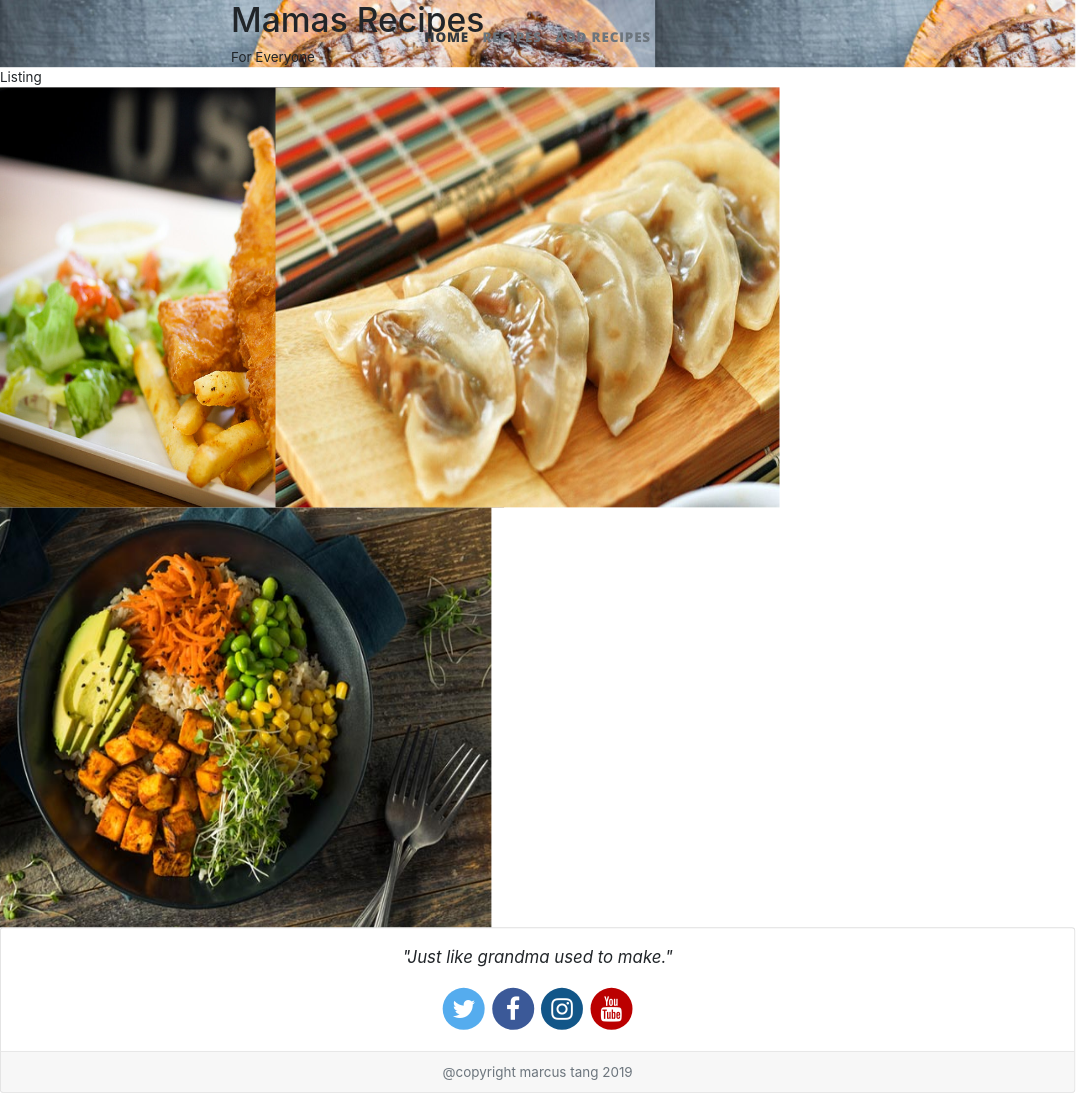
Repository: marstangg/mamasrecipes
Page: templates/index.html
The author's editor kept a record of every edit. The page is drawn from the files as they stood at one moment, then again after the next edit.
The browser window is 1280 px wide. The page is 1295 px wide, so the pictures cover 1295 px, including what lies to the right of the window. The pictures show the whole page, at 84% of full size.
Some web libraries are served in a nearby version. The template is drawn by Flask 3. The application's start-up code is not run. Other server files are loaded and not shown. The template is opened directly, without the code that normally fills it, so the values that code supplies are empty.

Above is the page before.

### templates/index.html
{% extends 'base.html' %}

{% block content %}
  <!--Page Header -->
  <header class="masthead" style="background-image: url('static/img/mamasrecipe.jpg')">
    <div class="overlay"></div>
    <div class="container">
      <div class="row">
        <div class="col-lg-8 col-md-10 mx-auto">
          <div class="site-heading">
            <h1>Mamas Recipes</h1>
            <span class="subheading">For Everyone</span>
          </div>
        </div>
      </div>
    </div>
  </header>
  Listing
  <div class="row">
    <div class="col-3">
      <img src="static/img/western.jpg" alt="western" width="600" height="500">
    </div>
    <div class="col-3">
      <img src="static/img/gyoza.jpg" alt="asian" width="600" height="500">
    </div>
    <div class="col-3">

    </div>
    <div class="col-3">

    </div>

    <img src="static/img/vege.jpg" alt="veg"width="600" height="500">
  </div>
{% endblock %}

### templates/base.html
<!doctype html>
<html lang="en">

<head>
  <!-- Required meta tags -->
  <meta charset="utf-8">
  <meta name="viewport" content="width=device-width, initial-scale=1, shrink-to-fit=no">

  <!-- Custom fonts for this template -->
  <link rel="stylesheet" href="https://cdnjs.cloudflare.com/ajax/libs/font-awesome/4.7.0/css/font-awesome.min.css">
  <link href='https://fonts.googleapis.com/css?family=Lora:400,700,400italic,700italic' rel='stylesheet' type='text/css'>
  <link href='https://fonts.googleapis.com/css?family=Open+Sans:300italic,400italic,600italic,700italic,800italic,400,300,600,700,800' rel='stylesheet' type='text/css'>

  <!-- Bootstrap CSS -->
  <link rel="stylesheet" href="https://maxcdn.bootstrapcdn.com/bootstrap/4.0.0/css/bootstrap.min.css" integrity="sha384-Gn5384xqQ1aoWXA+058RXPxPg6fy4IWvTNh0E263XmFcJlSAwiGgFAW/dAiS6JXm" crossorigin="anonymous">

  <!-- Custom styles for this template -->
  <link href="/static/css/style.css" rel="stylesheet">

  <title>Mama's Recipe | A portal for everyone to share their mama's recipes</title>
</head>

<body>
  <!-- Navigation -->
  <nav class="navbar navbar-expand-lg navbar-light fixed-top {% block navbg %} bg-transparent {% endblock %}" id="mainNav">
    <div class="container">

      <button class="navbar-toggler navbar-toggler-right text-white" type="button" data-toggle="collapse" data-target="#navbarResponsive" aria-controls="navbarResponsive" aria-expanded="false" aria-label="Toggle navigation">
        Menu
      </button> {% block navbrand %} {% endblock %}
      <div class="collapse navbar-collapse" id="navbarResponsive">
        <ul class="navbar-nav mx-auto mt-4">
          <a class="nav-item mx-2 {% block navhome %} text-dark {% endblock %}" href="{{url_for('index')}}"> Home </a>
          <a class="nav-item mx-2 {% block navrecipes %} text-secondary {% endblock %}" href="{{url_for('recipes')}}"> Recipes</a>
          <a class="nav-item mx-2 {% block navadd %} text-secondary {% endblock %}" href="{{url_for('recipe_add')}}"> Add Recipes</a>
        </ul>
      </div>
    </div>
  </nav>

  {% block content %} {% endblock %}

  <footer>
    <div class="card text-center">
      <div class="card-body">
        <!--<h5 class="card-title">""</h5>-->
        <blockquote class="blockquote">
          <p class="mb-0 font-italic">"Just like grandma used to make."</p>
        </blockquote>

        <div>
          <a href="#" class="fa fa-twitter"></a>
          <a href="#" class="fa fa-facebook"></a>
          <a href="#" class="fa fa-instagram"></a>
          <a href="#" class="fa fa-youtube"></a>
    </div>

      </div>
      <div class="card-footer text-muted">
        @copyright marcus tang 2019
      </div>
    </div>
  </footer>
  <!-- Optional JavaScript -->
  <!-- jQuery first, then Popper.js, then Bootstrap JS -->
  <script src="https://code.jquery.com/jquery-3.2.1.slim.min.js" integrity="sha384-KJ3o2DKtIkvYIK3UENzmM7KCkRr/rE9/Qpg6aAZGJwFDMVNA/GpGFF93hXpG5KkN" crossorigin="anonymous"></script>
  <script src="https://cdnjs.cloudflare.com/ajax/libs/popper.js/1.12.9/umd/popper.min.js" integrity="sha384-ApNbgh9B+Y1QKtv3Rn7W3mgPxhU9K/ScQsAP7hUibX39j7fakFPskvXusvfa0b4Q" crossorigin="anonymous"></script>
  <script src="https://maxcdn.bootstrapcdn.com/bootstrap/4.0.0/js/bootstrap.min.js" integrity="sha384-JZR6Spejh4U02d8jOt6vLEHfe/JQGiRRSQQxSfFWpi1MquVdAyjUar5+76PVCmYl" crossorigin="anonymous"></script>
</body>

</html>

Loaded but not shown: static/css/style.css (common file)

After the next edit:
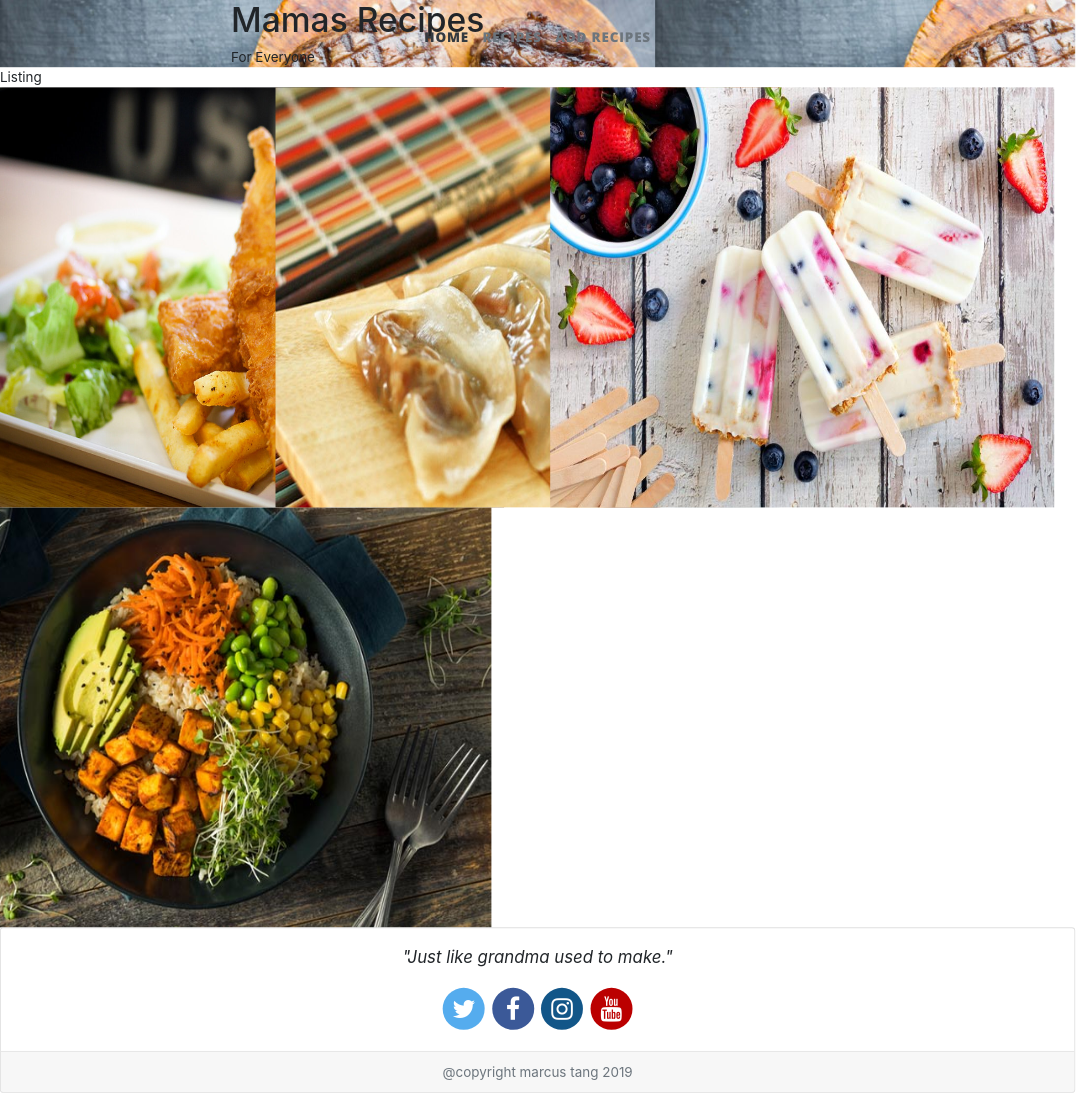
The edit:
--- a/templates/index.html
+++ b/templates/index.html
@@ -24,7 +24,7 @@
       <img src="static/img/gyoza.jpg" alt="asian" width="600" height="500">
     </div>
     <div class="col-3">
-
+      <img src="static/img/dessert.jpg" alt="dessert"width="600" height="500">
     </div>
     <div class="col-3">
 
